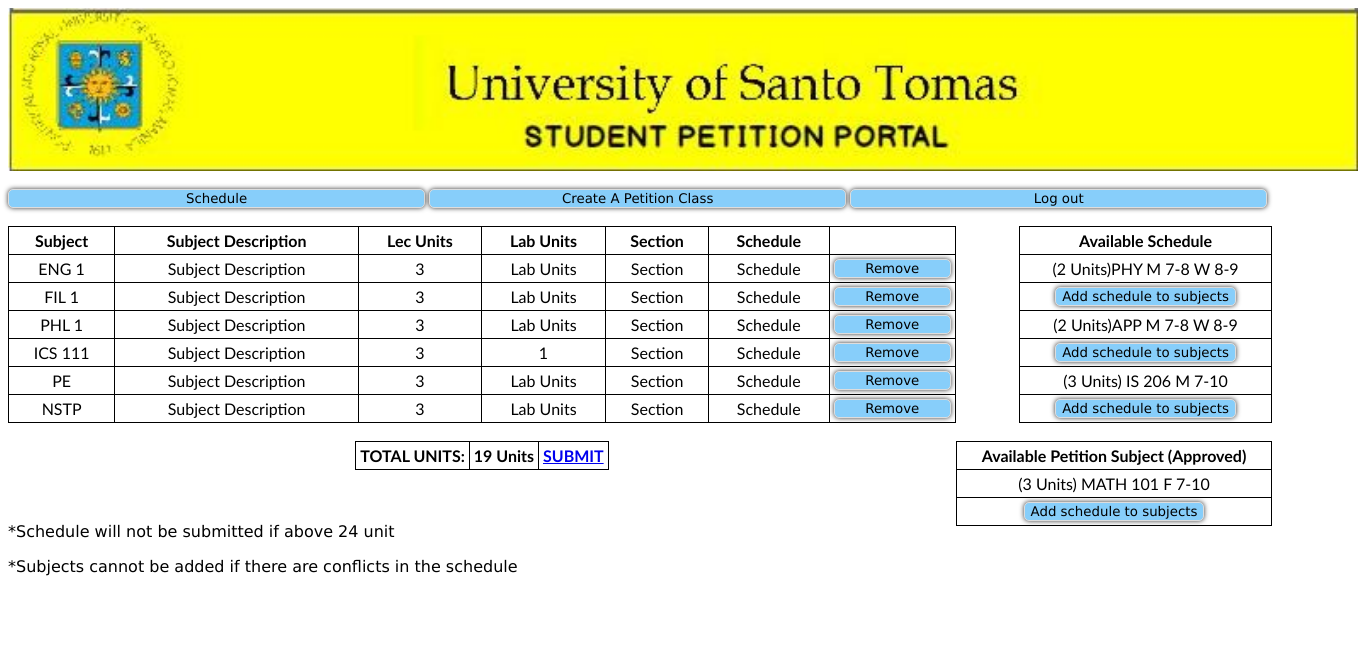
Repository: mawewatistel/PetitioningSystem
Page: http://localhost/SibuloTolentino/home.jsp
The author's editor kept a copy of each file at every save. The page is drawn from the files as they stood at one save, then again after the next save.
The browser window is 1280 px wide. The page is 1358 px wide, so the pictures cover 1358 px, including what lies to the right of the window. The pictures show the whole page.
The page is served by Tomcat 9.

Above is the page before, as saved 2016-05-10 04:34:38.

After the next save:
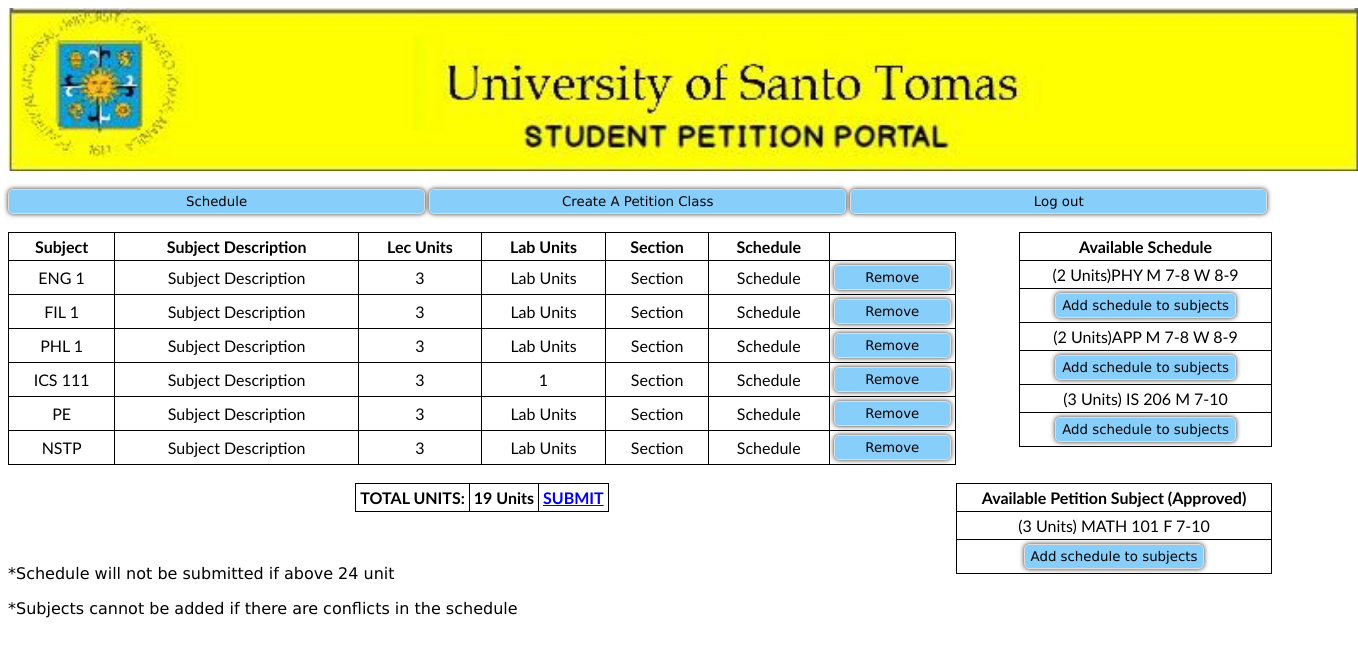
Saved 23 h 40 min later.
--- a/SibuloTolentino/WebContent/home.jsp
+++ b/SibuloTolentino/WebContent/home.jsp
@@ -174,6 +174,7 @@
     outline: none;
     font-family: "verdana";
     font-color: black;
+    height: 25px;
 }
 input.remove{
 	height:30em;
